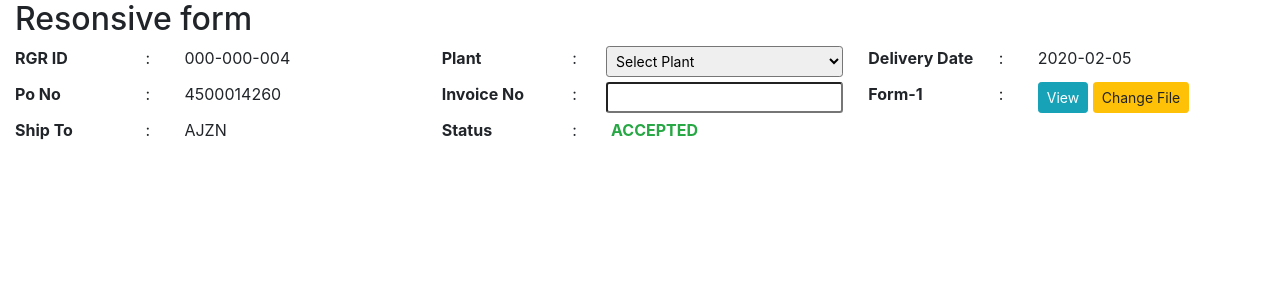
Repository: karthikairasu/Others_work
Page: form.html
These files come from the project's save history. The page is drawn as it stood at one moment and after the next save; the edit follows.
The browser window is 1280 px wide. The pictures show the whole page.

Above is the page before, as saved 2020-06-28 17:40:17.

### form.html
<!DOCTYPE html>
<html lang="en">
  <head>
    <title>Bootstrap Example</title>
    <meta charset="utf-8" />
    <meta name="viewport" content="width=device-width, initial-scale=1" />
    <link
      rel="stylesheet"
      href="https://maxcdn.bootstrapcdn.com/bootstrap/4.5.0/css/bootstrap.min.css"
    />
    <script src="https://ajax.googleapis.com/ajax/libs/jquery/3.5.1/jquery.min.js"></script>
    <script src="https://cdnjs.cloudflare.com/ajax/libs/popper.js/1.16.0/umd/popper.min.js"></script>
    <script src="https://maxcdn.bootstrapcdn.com/bootstrap/4.5.0/js/bootstrap.min.js"></script>
  </head>
  <body>
    <div class="container-fluid">
      <h2>Resonsive form</h2>
      <form class="" action="">
        <div class="row">
          <div class="col-md-4 col-sm-6 col-12">
            <div class="form-row">
              <label class="col-md-4 col-sm-4 col-4"><b>RGR ID</b></label>
              <label class="col-md-1 col-sm-1 col-1 px-0">:</label>
              <label class="col-md-7 col-sm-7 col-7" id="RGR_ID"
                >000-000-004
              </label>
            </div>
            <div class="form-row py-1">
              <label class="col-md-4 col-sm-4 col-4"><b>Po No</b></label>
              <label class="col-md-1 col-sm-1 col-1 px-0">:</label>
              <label class="col-md-7 col-sm-7 col-7" id="Po_No"
                >4500014260
              </label>
            </div>
            <div class="form-row">
              <label class="col-md-4 col-sm-4 col-4"><b>Ship To</b></label>
              <label class="col-md-1 col-sm-1 col-1 px-0">:</label>
              <label class="col-md-7 col-sm-7 col-7" id="Ship_To">AJZN </label>
            </div>
          </div>
          <div class="col-md-4 col-sm-6">
            <div class="form-row">
              <label class="col-md-4 col-sm-4 col-4"><b>Plant</b></label>
              <label class="col-md-1 col-sm-1 col-1 px-0">:</label>
              <select
                class="form-control-sm col-md-7 col-sm-7 col-7"
                name="plant"
                style="width: 60%;"
                required=""
              >
                <option value="">Select Plant</option>

                <option value="Riyadh">Riyadh</option>

                <option value="Jeddha">Jeddha</option>

                <option value="Dammam">Dammam</option>

                <option value="PMAH ">PMAH </option>
              </select>
            </div>
            <div class="form-row py-1">
              <label class="col-md-4 col-sm-4 col-4"><b>Invoice No</b></label>
              <label class="col-md-1 col-sm-1 col-1 px-0">:</label>
              <input
                type="text"
                class="form-control-sm col-md-7 col-sm-7 col-7"
                id="Invoice_No"
              />
            </div>
            <div class="form-row">
              <label class="col-md-4 col-sm-4 col-4"><b>Status</b></label>
              <label class="col-md-1 col-sm-1 col-1 px-0">:</label>
              <label class="col-md-7 col-sm-7 text-success" id="Status"
                ><b>ACCEPTED</b></label
              >
            </div>
          </div>
          <div class="col-md-4 col-sm-6">
            <div class="form-row">
              <label class="col-md-4 col-sm-4 col-4"
                ><b>Delivery Date</b></label
              >
              <label class="col-md-1 col-sm-1 col-1 px-0">:</label>
              <label class="col-md-7 col-sm-7 col-7" id="Delivery Date"
                >2020-02-05
              </label>
            </div>
            <div class="form-row py-1">
              <label class="col-md-4 col-sm-4 col-4"><b>Form-1</b></label>
              <label class="col-md-1 col-sm-1 col-1 px-0">:</label>
              <label class="col-md-7 col-sm-7 col-7" id="form_1">
                <button class="btn btn-info btn-sm">View</button>
                <button class="btn btn-warning btn-sm">Change File</button>
              </label>
            </div>
          </div>
        </div>
      </form>
    </div>
  </body>
</html>

After the next save:
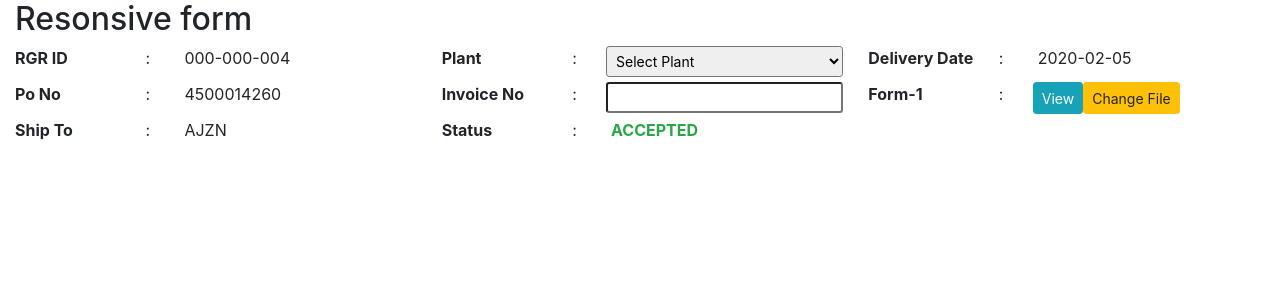
Saved 17 s later.
--- a/form.html
+++ b/form.html
@@ -89,7 +89,11 @@
             <div class="form-row py-1">
               <label class="col-md-4 col-sm-4 col-4"><b>Form-1</b></label>
               <label class="col-md-1 col-sm-1 col-1 px-0">:</label>
-              <label class="col-md-7 col-sm-7 col-7" id="form_1">
+              <label
+                class="col-md-7 col-sm-7 col-7"
+                id="form_1"
+                style="display: contents;"
+              >
                 <button class="btn btn-info btn-sm">View</button>
                 <button class="btn btn-warning btn-sm">Change File</button>
               </label>
